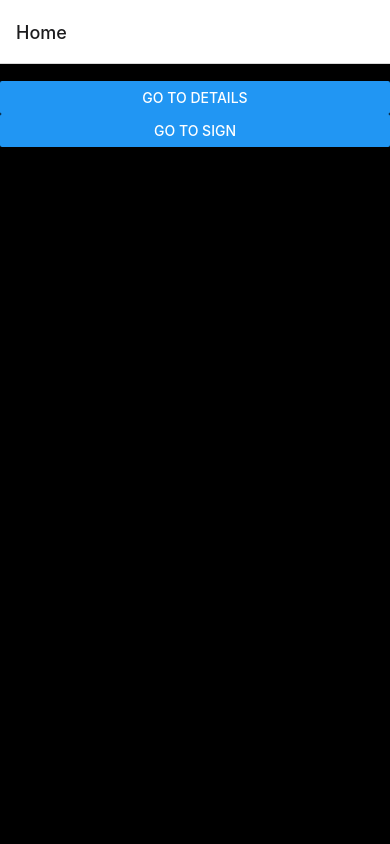
Repository: eyebone/barManager
Screen: /
An editor plug-in stored every save of this project. The screen is shown before and after the next save, followed by the edit.
The app was drawn by React Native's web renderer in a window 390 px wide. The project was rebuilt for these pictures with package versions that can differ from the ones it lists, and the page was loaded fresh each time. Also part of the build but not shown: components/EmojiPicker.js, components/Button.js, components/ImageViewer.js, components/circleButton.js, components/IconButton.js, view/ViewOne.js, view/Sign.js.

Above is the screen before, as saved 2023-06-26 13:59:13.

### App.js
// In App.js in a new project

import * as React from "react";
import { Button, View, Text, StyleSheet } from "react-native";
// import React-native from 'react-native';
import { NavigationContainer } from "@react-navigation/native";
import { createNativeStackNavigator } from "@react-navigation/native-stack";
import { ViewOne } from "./view/ViewOne";
import { SignView } from "./view/Sign";
import { LinearGradient } from "expo-linear-gradient";
function HomeScreen({ navigation }) {
  return (
    <View style={styles.container}>
      <Text>Home Screen</Text>
      <Button
        title="Go to Details"
        onPress={() => navigation.navigate("test")}
      />
      <Button title="Go to Sign" onPress={() => navigation.navigate("sign")} />
      <LinearGradient
        start={{ x: 0, y: 0 }}
        end={{ x: 1, y: 0 }}
        colors={["#5c0b82", "#", "#192f6a"]}
        style={styles.linearGradient}
      >
        <Text style={styles.buttonText}>Sign in with Facebook</Text>
      </LinearGradient>
    </View>
  );
}

const Stack = createNativeStackNavigator();

function App() {
  return (
    <NavigationContainer style={styles.container}>
      <Stack.Navigator>
        <Stack.Screen name="Home" component={HomeScreen} />
        <Stack.Screen name="test" component={ViewOne} />
        <Stack.Screen name="sign" component={SignView} />
      </Stack.Navigator>
    </NavigationContainer>
  );
}

export default App;

const styles = StyleSheet.create({
  container: {
    flex: 1,
    flexDirection: "column",
    backgroundColor: "#000000",
    //    alignItems: 'center',
  },
});

After the next save:
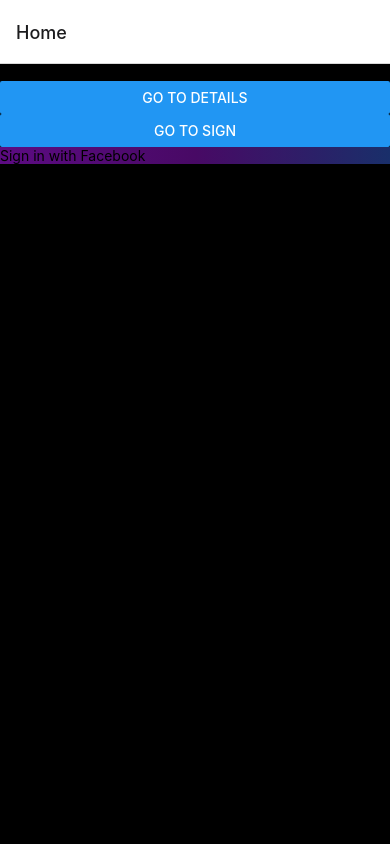
Saved 8 s later.
--- a/App.js
+++ b/App.js
@@ -20,7 +20,7 @@
       <LinearGradient
         start={{ x: 0, y: 0 }}
         end={{ x: 1, y: 0 }}
-        colors={["#5c0b82", "#", "#192f6a"]}
+        colors={["#5c0b82", "#480965", "#192f6a"]}
         style={styles.linearGradient}
       >
         <Text style={styles.buttonText}>Sign in with Facebook</Text>

After the save that followed:
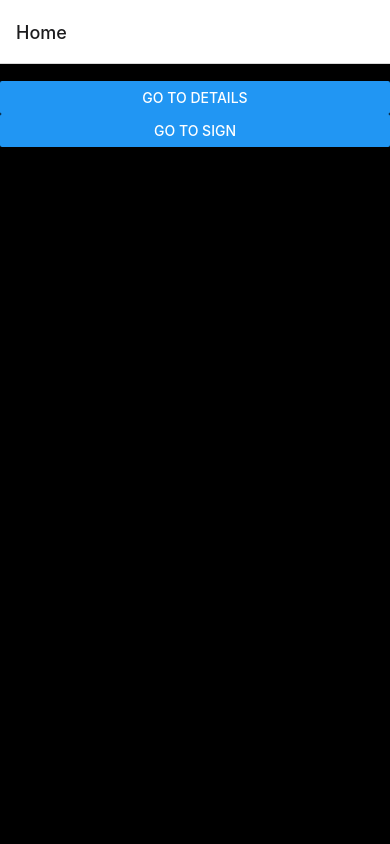
Saved 7 s later.
--- a/App.js
+++ b/App.js
@@ -20,7 +20,7 @@
       <LinearGradient
         start={{ x: 0, y: 0 }}
         end={{ x: 1, y: 0 }}
-        colors={["#5c0b82", "#480965", "#192f6a"]}
+        colors={["#5c0b82", "#480965", "#"]}
         style={styles.linearGradient}
       >
         <Text style={styles.buttonText}>Sign in with Facebook</Text>
